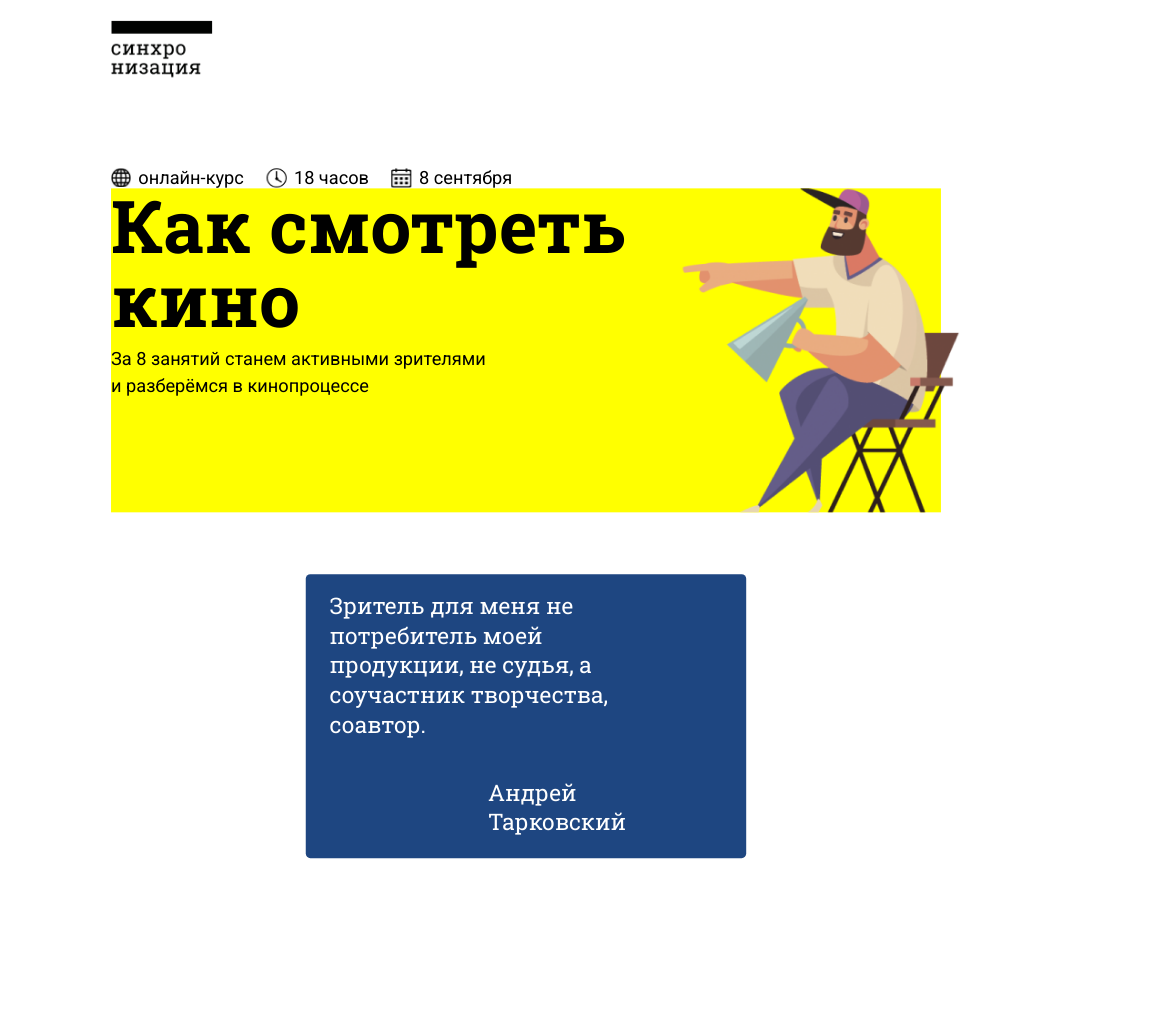
Repository: simralgasimov/task5
Page: index.html
The author's editor kept a copy of each file at every save. The page is drawn from the files as they stood at one save, then again after the next save.
The browser window is 1280 px wide. The pictures show the whole page, at 91% of full size.

Above is the page before, as saved 2023-08-28 13:34:36.

After the next save:
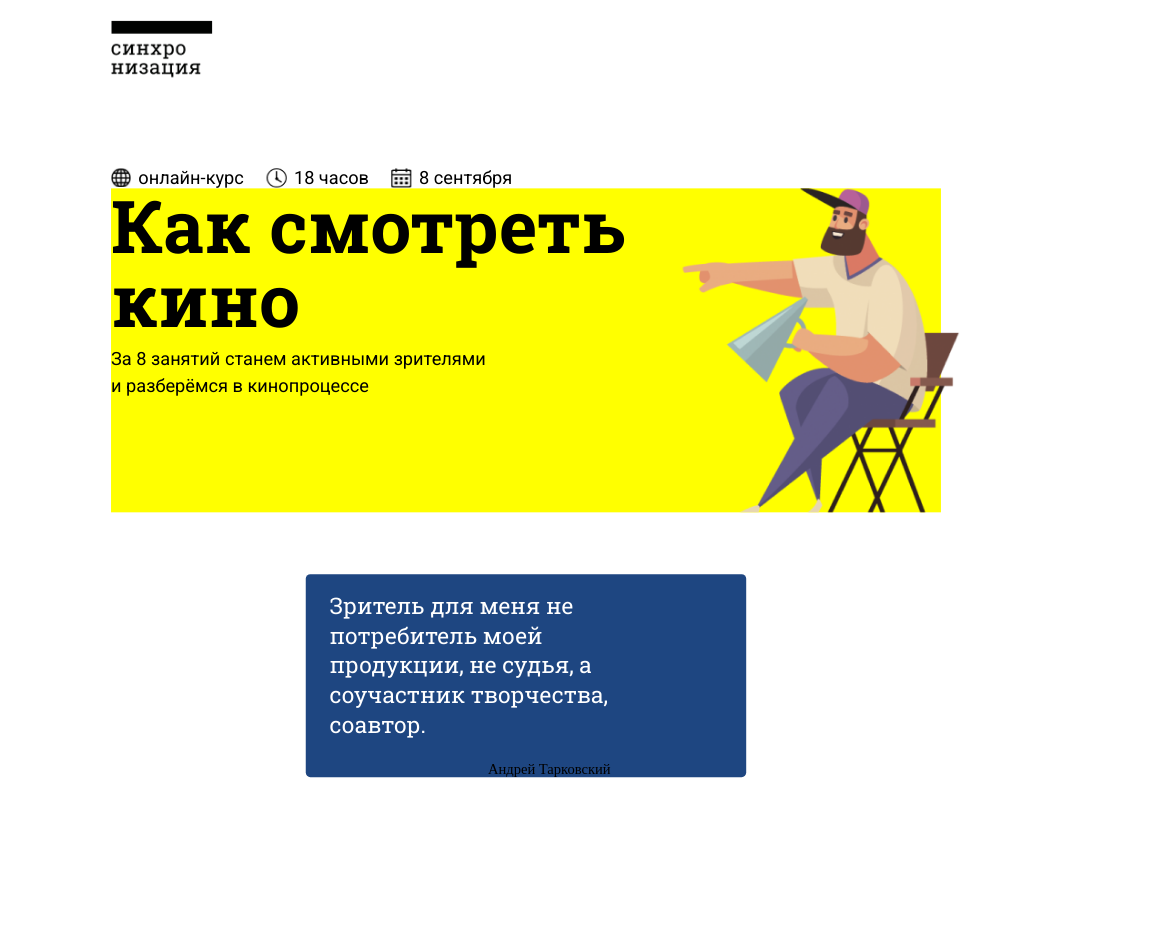
Saved 6 s later.
--- a/index.css
+++ b/index.css
@@ -93,7 +93,7 @@
   background: #1e4681;
 }
 
-.box2 p {
+.box2 .p-1 {
   padding: 19px 18px 23px 26px;
   width: 430.589px;
   color: #fff;
